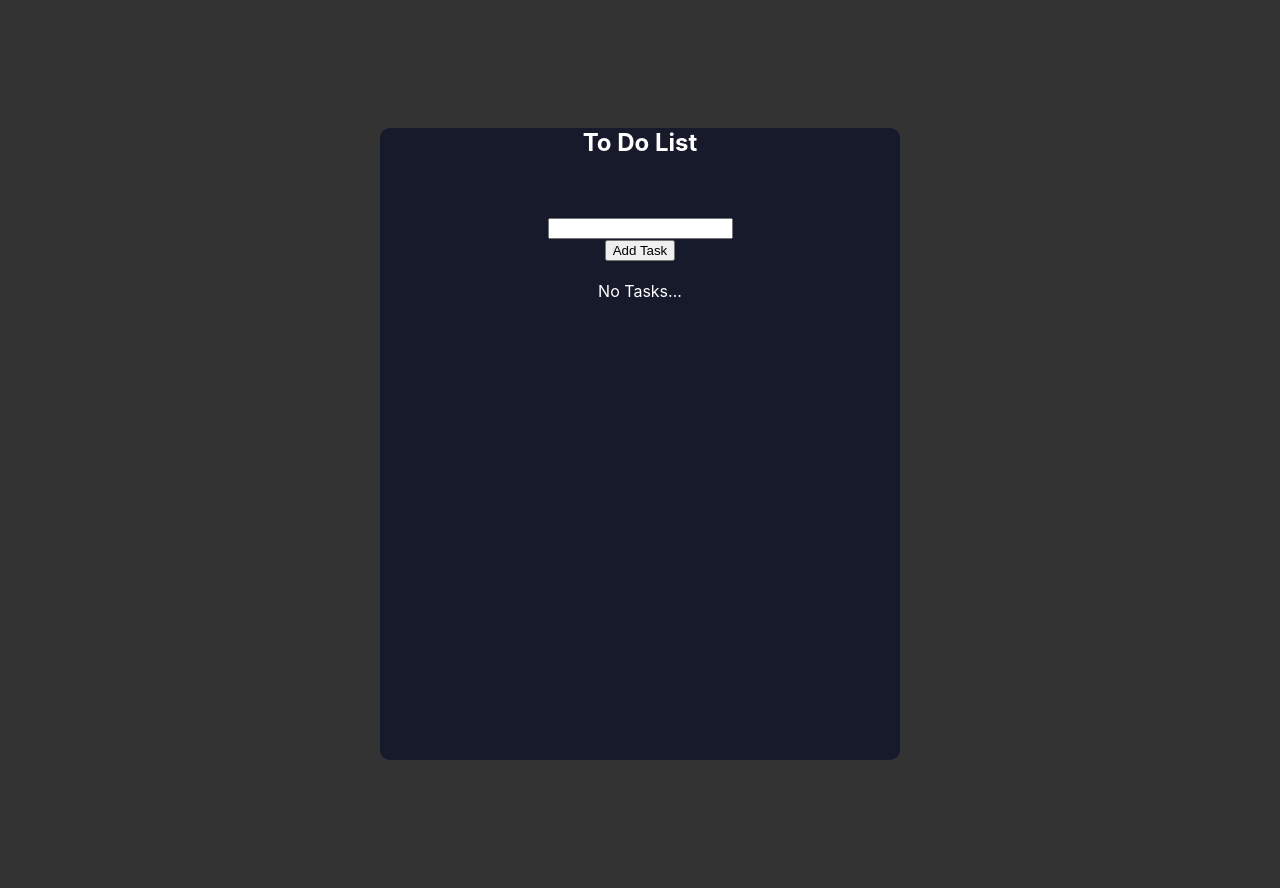
Repository: kirangautam45/ToDoList
Page: /
The author's editor kept a copy of each file at every save. The page is drawn from the files as they stood at one save, then again after the next save.
The browser window is 1280 px wide. The pictures show the whole page.
The project was rebuilt for these pictures with package versions that can differ from the ones it lists, and the page was loaded fresh each time. Also part of the build but not shown: src/components/Update.js.

Above is the page before, as saved 2022-08-07 20:28:09.

After the next save:
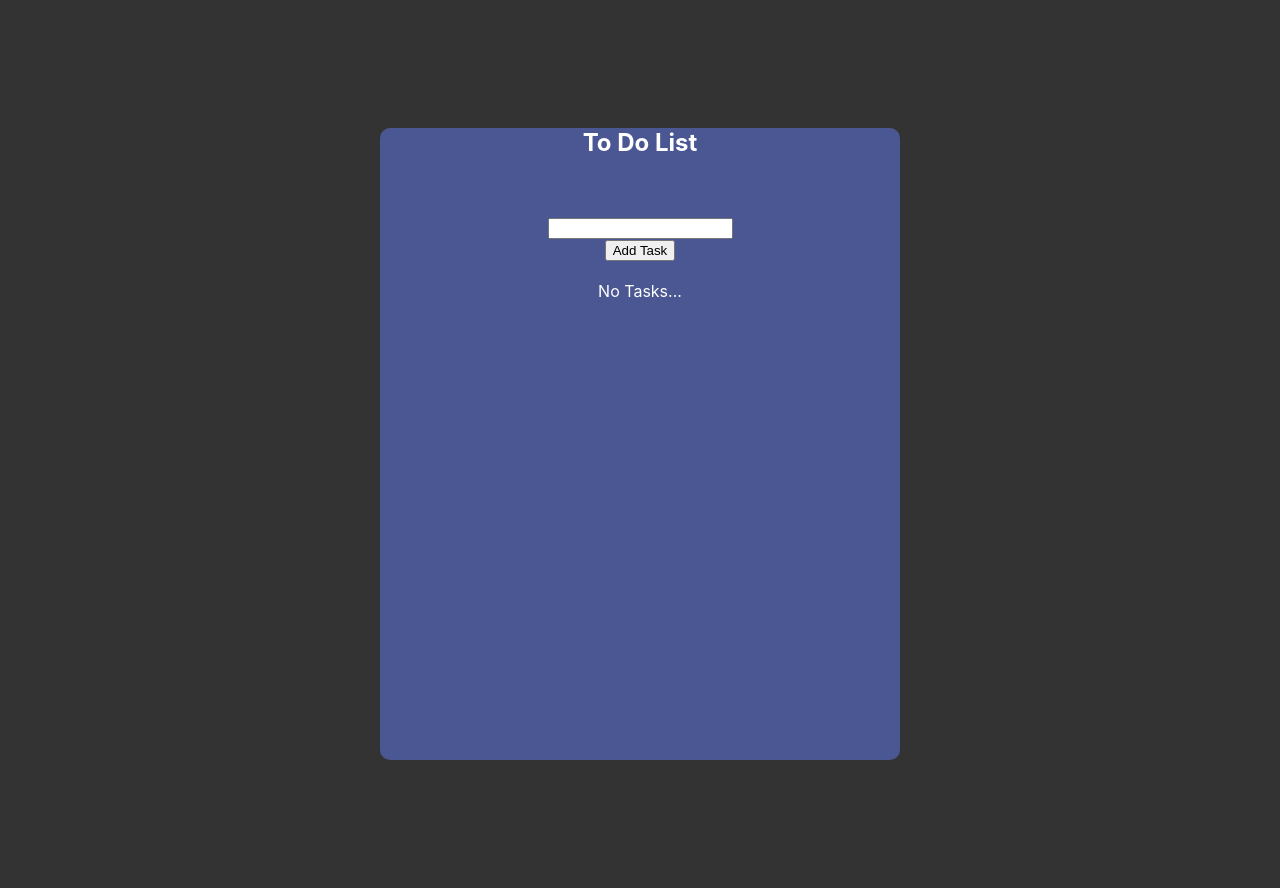
Saved 29 s later.
--- a/src/App.css
+++ b/src/App.css
@@ -9,7 +9,7 @@ body {
   justify-content: start;
   width: 520px;
   min-height: 600px;
-  background: #161a2b;
+  background: #4a5792;
   text-align: center;
   margin: 128px auto;
   border-radius: 10px;
